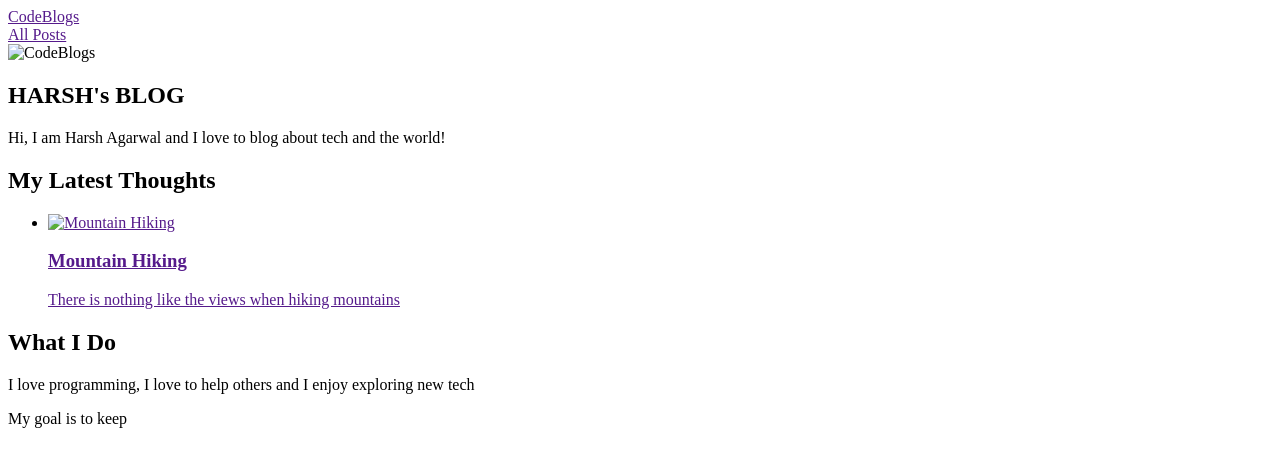
Repository: harshagr64/codeblogs
Page: http://localhost/
These files come from the project's save history. The page is drawn as it stood at one moment and after the next save; the edit follows.
The browser window is 1280 px wide. The pictures show the whole page.
The page is served by the project's application, run on Django 3.2 (manage.py). Other server files are loaded and not shown.

Above is the page before, as saved 2021-08-21 09:49:16.

### codeblogs/blog/templates/blog/index.html
{% extends 'base.html' %} {% block title %}CodeBlogs{% endblock %}

{% block content %}
    <header id = "main-navigation">
        <a href = "">CodeBlogs</a>

        <nav>
            <a href = "">All Posts</a>
        </nav>
    </header>

    <section id = "welcome">
        <header>
            <img src = "" alt = "CodeBlogs">
            <h2>HARSH's BLOG</h2>
        </header>
        <p>Hi, I am Harsh Agarwal and I love to blog about tech and the world!</p>
    </section>
    <section id="latest-posts">
        <h2> My Latest Thoughts</h2>
        <ul>
            <li>
                <article class="post">
                    <a href="">
                        <img src="" alt="Mountain Hiking">
                        <div class="post__content">
                            <h3>Mountain Hiking</h3>
                            <p> There is nothing like the views when hiking mountains</p>
                        </div>
                    </a>
                </article>
            </li>
        </ul>
    </section>

    <section>
        <h2>What I Do</h2>
        <p> I love programming, I love to help others and I enjoy exploring new tech</p>
        <p>My goal is to keep
    </section>
{% endblock %}

### codeblogs/templates/base.html
<!DOCTYPE html>
<html lang="en">
  <head>
    <meta charset="UTF-8" />
    <meta http-equiv="X-UA-Compatible" content="IE=edge" />
    <meta name="viewport" content="width=device-width, initial-scale=1.0" />
    <title>{% block title %}CodeBlogs{% endblock %}</title>
    {% block css_files %}{% endblock %}
  </head>
  <body>
  {% block content %}{% endblock %}
  </body>
</html>

### codeblogs/blog/views.py
from django.shortcuts import render

def starting_page(request):
    return render(request, "blog/index.html")

def posts(request):
    pass


def post_detail(request):
    pass

### codeblogs/codeblogs/urls.py
"""codeblogs URL Configuration

The `urlpatterns` list routes URLs to views. For more information please see:
    https://docs.djangoproject.com/en/3.2/topics/http/urls/
Examples:
Function views
    1. Add an import:  from my_app import views
    2. Add a URL to urlpatterns:  path('', views.home, name='home')
Class-based views
    1. Add an import:  from other_app.views import Home
    2. Add a URL to urlpatterns:  path('', Home.as_view(), name='home')
Including another URLconf
    1. Import the include() function: from django.urls import include, path
    2. Add a URL to urlpatterns:  path('blog/', include('blog.urls'))
"""
from django.contrib import admin
from django.urls import path, include

urlpatterns = [
    path('admin/', admin.site.urls),
    path('', include("blog.urls") )
]

### codeblogs/blog/urls.py
from django.urls import path
from . import views

urlpatterns = [
    path("", views.starting_page, name="starting-page"),
    path("posts", views.posts, name="post-page"),
    path("posts/<slug:slug>", views.post_detail, name="post-detail-page")
]

After the next save:
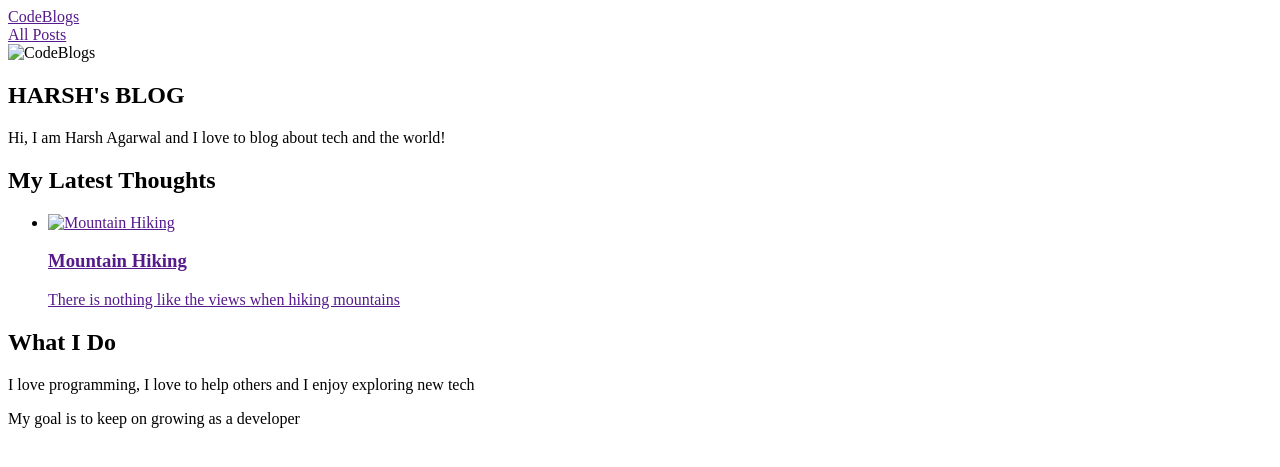
Saved 10 s later.
--- a/codeblogs/blog/templates/blog/index.html
+++ b/codeblogs/blog/templates/blog/index.html
@@ -36,6 +36,6 @@
     <section>
         <h2>What I Do</h2>
         <p> I love programming, I love to help others and I enjoy exploring new tech</p>
-        <p>My goal is to keep
+        <p>My goal is to keep on growing as a developer</p>
     </section>
 {% endblock %}
